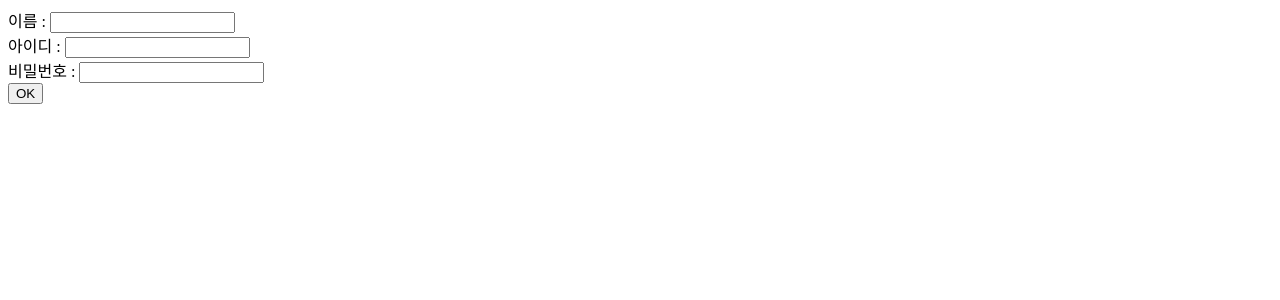
Repository: usonihs/StudyX
Page: JSP/HTML/src/main/webapp/Lec06.html
These files come from the project's save history. The page is drawn as it stood at one moment and after the next save; the edit follows.
The browser window is 1280 px wide. The pictures show the whole page.

Above is the page before, as saved 2022-10-19 05:59:51.

### JSP/HTML/src/main/webapp/Lec06.html
<!DOCTYPE html>
<html>
<head>
<meta charset="UTF-8">
<title>Form Tag</title>
</head>
<body>
	<form action="#" method="get">
		이름 : <input type="text" name="userName"><br>
		아이디 : <input type="text" name="userId"><br>
		비밀번호 : <input type="text" name="userPassword"><br>
		<input type="submit" name="okBtn" value="OK">
	</form>
</body>
</html>

After the next save:
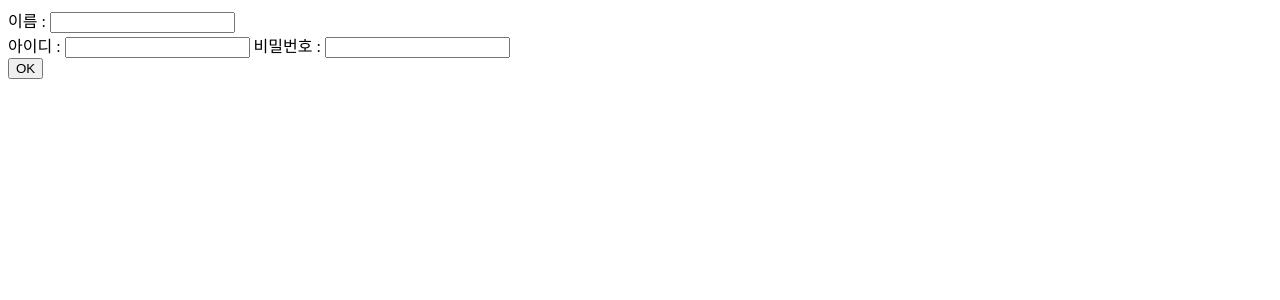
Saved 5 s later.
--- a/JSP/HTML/src/main/webapp/Lec06.html
+++ b/JSP/HTML/src/main/webapp/Lec06.html
@@ -7,7 +7,7 @@
 <body>
 	<form action="#" method="get">
 		이름 : <input type="text" name="userName"><br>
-		아이디 : <input type="text" name="userId"><br>
+		아이디 : <input type="text" name="userId">
 		비밀번호 : <input type="text" name="userPassword"><br>
 		<input type="submit" name="okBtn" value="OK">
 	</form>

After the save that followed:
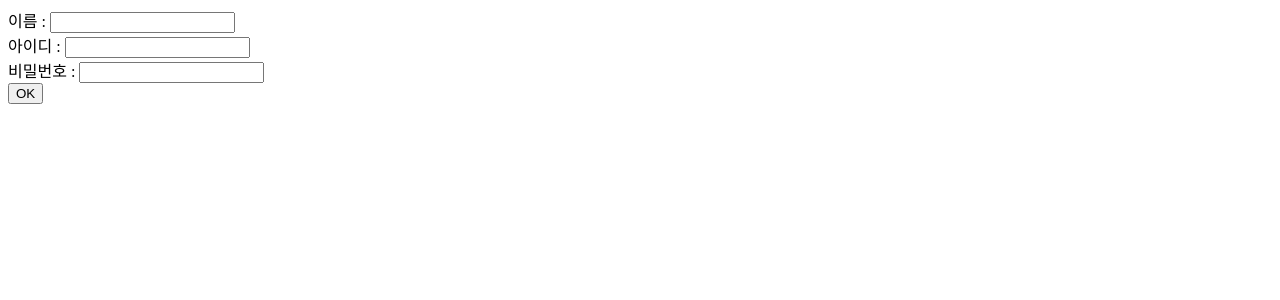
Saved 5 s later.
--- a/JSP/HTML/src/main/webapp/Lec06.html
+++ b/JSP/HTML/src/main/webapp/Lec06.html
@@ -7,7 +7,7 @@
 <body>
 	<form action="#" method="get">
 		이름 : <input type="text" name="userName"><br>
-		아이디 : <input type="text" name="userId">
+		아이디 : <input type="text" name="userId"><br>
 		비밀번호 : <input type="text" name="userPassword"><br>
 		<input type="submit" name="okBtn" value="OK">
 	</form>
